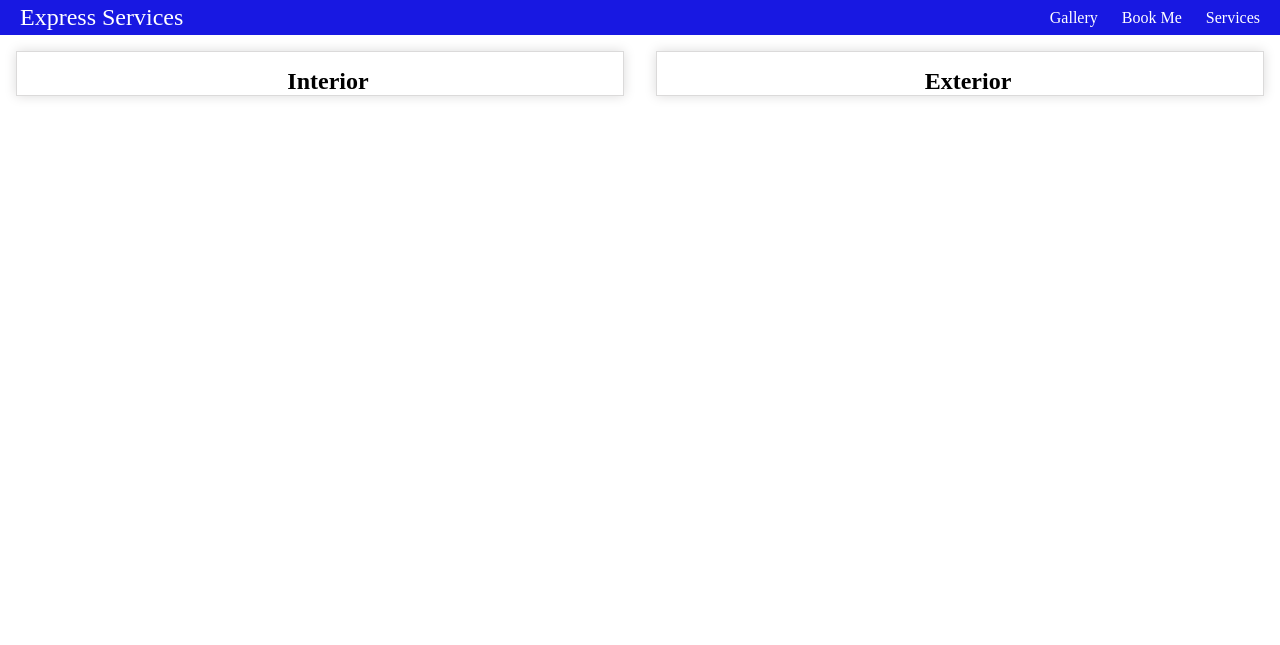
Repository: DrummerDee/mir-miami
Page: /Services (app in mr-miami/)
An editor plug-in stored every save of this project. The page is shown before and after a run of saves, followed by the edit.
The browser window is 1280 px wide. The pictures show the whole page.
The project was rebuilt for these pictures with package versions that can differ from the ones it lists, and the page was loaded fresh each time. Also part of the build but not shown: mr-miami/src/Styles/App.css, mr-miami/src/Components/Homepage.js, mr-miami/src/Components/Gallery.js, mr-miami/src/Styles/Calendar.css, mr-miami/src/Components/Times.js, mr-miami/src/Components/Time.js, mr-miami/src/Components/BookMe.js.

Above is the page before, as saved 2022-08-26 22:51:06.

After the next 5 saves:
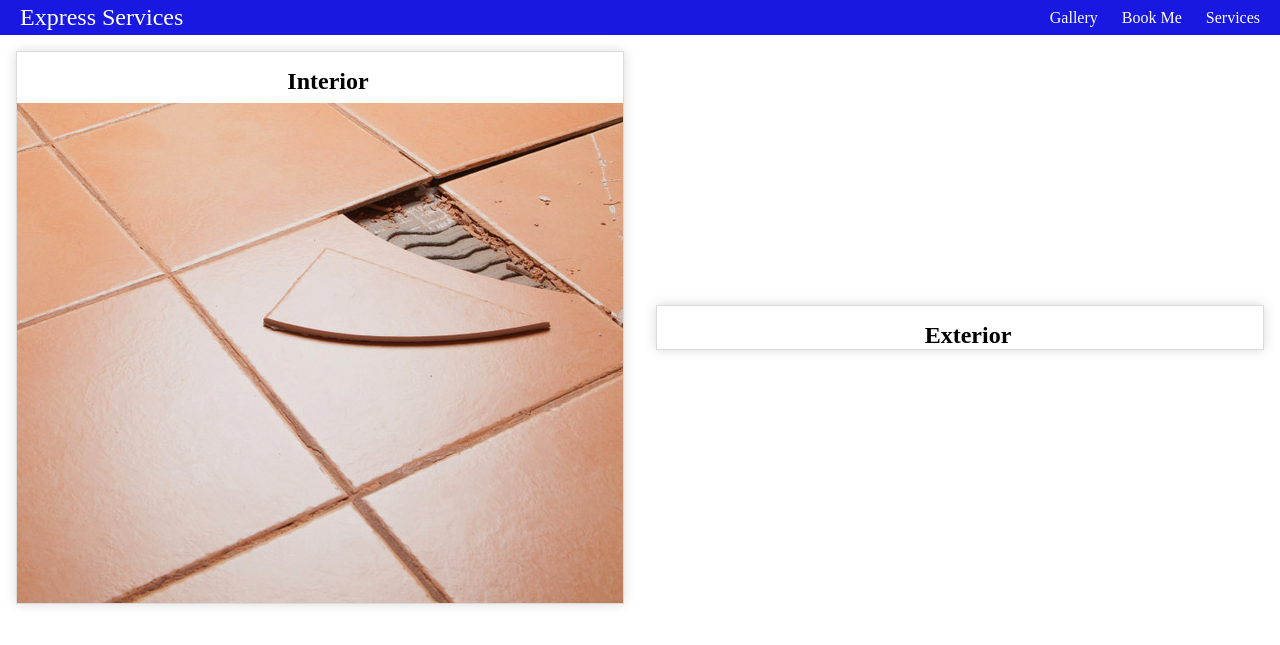
The 5 saves are shown as one change because 2 did not build or start and some came seconds apart.
The last was saved 2 min 35 s later.
--- a/mr-miami/src/Components/Services.js
+++ b/mr-miami/src/Components/Services.js
@@ -8,6 +8,7 @@
         <main className="servicesBody">
             <div className='container' >
                 <h2> Interior</h2>
+                <img src ={Tile} alt='broken brown colored tiles'/>
             </div>
             <div className='container'>
                 <h2> Exterior</h2>
